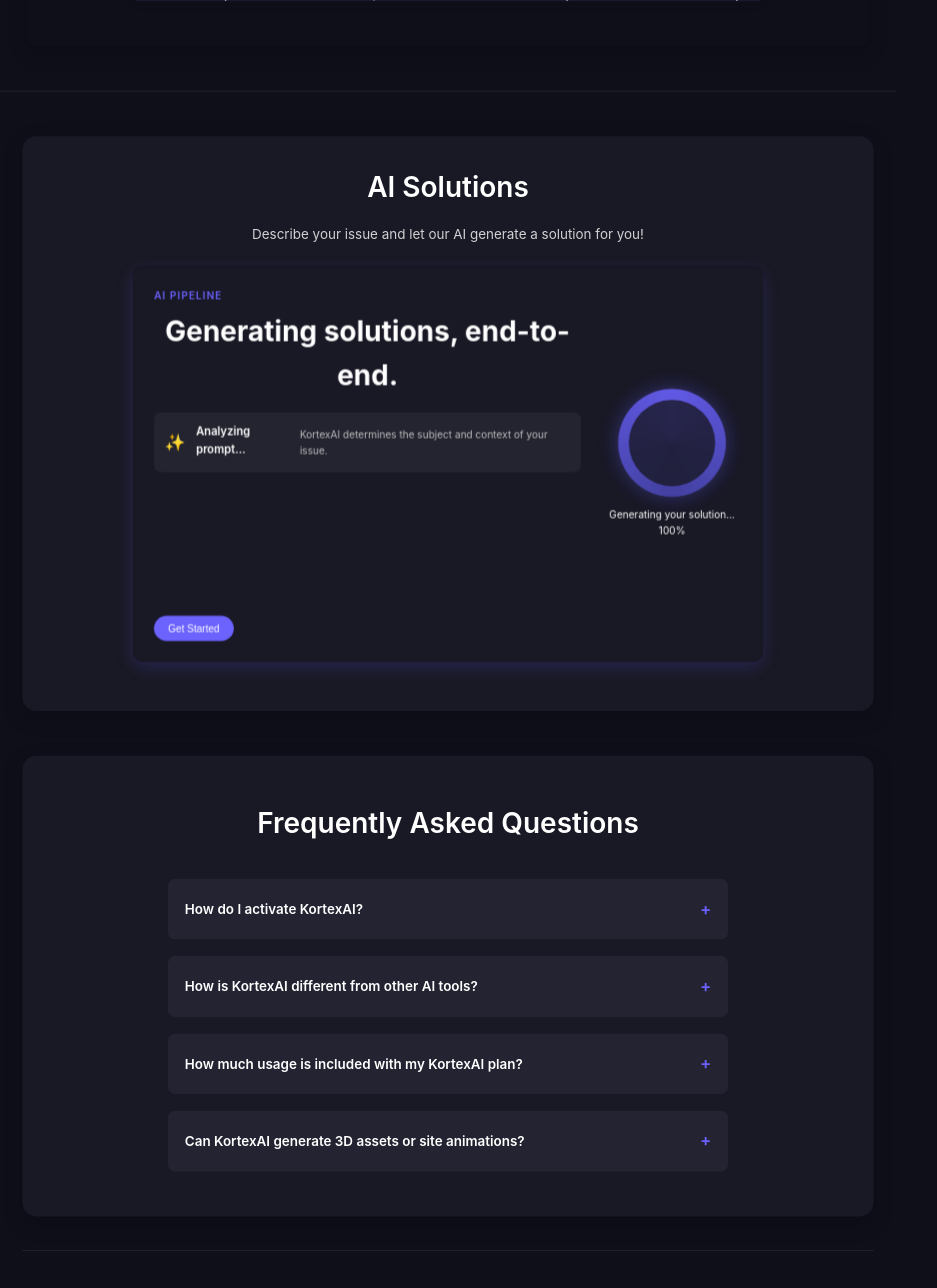
Repository: Rayyy-dev/Kortex-AI
Page: /
These files come from the project's save history. The page is drawn as it stood at one moment and after the next save; the edit follows.
The browser window is 1280 px wide. The page is 1338 px wide, so the pictures cover 1338 px, including what lies to the right of the window. The pictures show the part of the page from y = 1274 to 3114 px (the page is 3569 px tall before and 3593 px after), at 70% of full size.
The project was rebuilt for these pictures with package versions that can differ from the ones it lists, and the page was loaded fresh each time.

Above is the page before, as saved 2024-10-15 21:25:24.

### src/App.js
import React, { useEffect, useRef, useState } from 'react';
import { LineChart, Line, XAxis, YAxis, Tooltip, ResponsiveContainer, CartesianGrid, AreaChart, Area, LabelList } from 'recharts';
import './App.css';

function FAQItem({ question, answer }) {
  const [isActive, setIsActive] = useState(false);

  return (
    <div className={`faq-item ${isActive ? 'active' : ''}`} onClick={() => setIsActive(!isActive)}>
      <h3>{question}<span className="faq-toggle">{isActive ? '-' : '+'}</span></h3>
      <div className="faq-answer">
        <p>{answer}</p>
      </div>
    </div>
  );
}

function App() {
  const [isModalOpen, setIsModalOpen] = useState(false);
  const backgroundRef = useRef(null);
  const mainSectionRef = useRef(null);
  const parallaxRef = useRef(null);
  const [activeStep, setActiveStep] = useState(0);
  const [generatingProgress, setGeneratingProgress] = useState(0);
  const [showBackToTop, setShowBackToTop] = useState(false);
  const aiPipelineRef = useRef(null);
  const [menuOpen, setMenuOpen] = useState(false);

  const toggleMenu = () => {
    setMenuOpen(!menuOpen);
  };

  useEffect(() => {
    const background = backgroundRef.current;
    if (!background) return;

    const createParticle = () => {
      const particle = document.createElement('div');
      particle.classList.add('particle');
      particle.style.left = `${Math.random() * 100}%`;
      particle.style.top = `${Math.random() * 100}%`;
      particle.style.animationDuration = `${Math.random() * 10 + 5}s`;
      background.appendChild(particle);

      setTimeout(() => {
        particle.remove();
      }, 15000);
    };

    // Create initial particles
    for (let i = 0; i < 30; i++) {
      createParticle();
    }

    const particleInterval = setInterval(createParticle, 500);

    return () => {
      clearInterval(particleInterval);
    };
  }, []);

  useEffect(() => {
    const handleScroll = () => {
      setShowBackToTop(window.scrollY > 300);
    };

    window.addEventListener('scroll', handleScroll);
    return () => window.removeEventListener('scroll', handleScroll);
  }, []);

  useEffect(() => {
    const interval = setInterval(() => {
      setGeneratingProgress((prevProgress) => {
        if (prevProgress >= 100) {
          clearInterval(interval);
          return 100;
        }
        return prevProgress + 1;
      });
    }, 50);

    return () => clearInterval(interval);
  }, []);

  useEffect(() => {
    const options = {
      root: null,
      rootMargin: '0px',
      threshold: 0.5,
    };

    const observer = new IntersectionObserver((entries) => {
      entries.forEach((entry) => {
        if (entry.isIntersecting) {
          setActiveStep(0);
          const interval = setInterval(() => {
            setActiveStep((prevStep) => {
              if (prevStep >= 2) {
                clearInterval(interval);
                return 2;
              }
              return prevStep + 1;
            });
          }, 2000);

          return () => clearInterval(interval);
        }
      });
    }, options);

    if (aiPipelineRef.current) {
      observer.observe(aiPipelineRef.current);
    }

    return () => {
      if (aiPipelineRef.current) {
        observer.unobserve(aiPipelineRef.current);
      }
    };
  }, []);

  useEffect(() => {
    const observer = new IntersectionObserver((entries) => {
      entries.forEach((entry) => {
        if (entry.isIntersecting) {
          entry.target.classList.add('visible');
        }
      });
    }, { threshold: 0.1 });

    document.querySelectorAll('.fade-in').forEach((el) => observer.observe(el));

    return () => observer.disconnect();
  }, []);

  const performanceData = [
    { name: 'Accuracy', value: 70 },
    { name: 'Speed', value: 85 },
    { name: 'Efficiency', value: 60 },
    { name: 'Reliability', value: 90 }
  ];

  const CustomTooltip = ({ active, payload, label }) => {
    if (active && payload && payload.length) {
      return (
        <div className="custom-tooltip">
          <p className="label">{`${label}: ${payload[0].value}%`}</p>
        </div>
      );
    }
    return null;
  };

  const openModal = () => {
    setIsModalOpen(true);
  };

  const closeModal = () => {
    setIsModalOpen(false);
  };

  const faqData = [
    {
      question: "How do I activate KortexAI?",
      answer: "To activate KortexAI, simply log into your account and navigate to the 'AI Systems' section. Click on the 'Activate' button next to KortexAI, and follow the on-screen instructions to set up and customize your AI experience."
    },
    {
      question: "How is KortexAI different from other AI tools?",
      answer: "KortexAI stands out with its advanced neural network architecture, real-time learning capabilities, and seamless integration across multiple platforms. Our AI offers unparalleled accuracy and efficiency in data analysis, natural language processing, and predictive modeling."
    },
    {
      question: "How much usage is included with my KortexAI plan?",
      answer: "Usage limits vary depending on your subscription tier. Our basic plan includes up to 100 hours of AI processing time per month, while our premium plans offer unlimited usage. Check your account dashboard for detailed information on your current plan and usage statistics."
    },
    {
      question: "Can KortexAI generate 3D assets or site animations?",
      answer: "Yes, KortexAI has advanced capabilities in generating 3D assets and creating dynamic site animations. Our AI can produce high-quality 3D models, textures, and animations based on text descriptions or 2D references. For web animations, KortexAI can generate custom CSS and JavaScript code to bring your site to life."
    }
  ];

  const scrollToTop = () => {
    window.scrollTo({
      top: 0,
      behavior: 'smooth'
    });
  };

  const scrollToSection = (sectionId) => {
    const section = document.querySelector(sectionId);
    if (section) {
      section.scrollIntoView({ behavior: 'smooth' });
    }
  };

  return (
    <div className="App">
      <header className="header">
        <div className="logo">KortexAI</div>
        <nav className={`nav ${menuOpen ? 'active' : ''}`}>
          <ul>
            {['home', 'ai-systems', 'modules', 'features', 'pricing', 'faq'].map((item) => (
              <li key={item}>
                <a href={`#${item}`} onClick={(e) => {
                  e.preventDefault();
                  scrollToSection(`#${item}`);
                  setMenuOpen(false);
                }}>
                  {item.charAt(0).toUpperCase() + item.slice(1).replace('-', ' ')}
                </a>
              </li>
            ))}
          </ul>
        </nav>
        <button className="create-account-btn">Create Account</button>
        <div className={`menu-toggle ${menuOpen ? 'active' : ''}`} onClick={toggleMenu}>
          <span></span>
          <span></span>
          <span></span>
        </div>
      </header>

      <section ref={mainSectionRef} className="main-section">
        <div className="content-container">
          <h1 className="main-title">AI-Powered Solutions for the Future</h1>
          <p className="main-subtitle">
            Empowering tomorrow with cutting-edge AI technology.
          </p>
          <div className="buttons">
            <button className="open-app-btn">Explore AI</button>
            <button className="discover-more-btn">Learn More</button>
          </div>
        </div>
      </section>

      <div className="partner-strip">
        <div className="partner-strip-content">
          <span>Vercel</span>
          <span>Loom</span>
          <span>Cash App</span>
          <span>Zapier</span>
          <span>Ramp</span>
          <span>Raycast</span>
          <span>OpenAI</span>
          <span>DeepMind</span>
          <span>IBM Watson</span>
          <span>Google AI</span>
          <span>Microsoft Azure</span>
          <span>Amazon AWS</span>
        </div>
      </div>

      <section className="performance-metrics">
        <h2>AI Performance Metrics</h2>
        <div className="graph-container">
          <ResponsiveContainer width="100%" height={400}>
            <AreaChart data={performanceData} margin={{ top: 20, right: 30, left: 20, bottom: 20 }}>
              <defs>
                <linearGradient id="colorValue" x1="0" y1="0" x2="0" y2="1">
                  <stop offset="5%" stopColor="#4a4af0" stopOpacity={0.8}/>
                  <stop offset="95%" stopColor="#4a4af0" stopOpacity={0}/>
                </linearGradient>
              </defs>
              <CartesianGrid strokeDasharray="3 3" stroke="#2a2a2a" />
              <XAxis dataKey="name" stroke="#ffffff" axisLine={false} tickLine={false} />
              <YAxis stroke="#ffffff" axisLine={false} tickLine={false} />
              <Tooltip content={<CustomTooltip />} />
              <Area
                type="monotone"
                dataKey="value"
                stroke="#4a4af0"
                fillOpacity={1}
                fill="url(#colorValue)"
                strokeWidth={3}
                dot={{ r: 6, fill: "#4a4af0", stroke: "#ffffff", strokeWidth: 2 }}
                activeDot={{ r: 8, fill: "#ffffff", stroke: "#4a4af0", strokeWidth: 2 }}
              >
                <LabelList dataKey="value" position="top" fill="#ffffff" />
              </Area>
            </AreaChart>
          </ResponsiveContainer>
        </div>
      </section>

      <footer className="footer-section">
        <div className="background-section" ref={backgroundRef}>
          <div className="background-content">
            <div className="ai-solution-box">
              <h2>AI Solutions</h2>
              <p>Describe your issue and let our AI generate a solution for you!</p>

              {/* New AI Pipeline Section */}
              <div className="ai-pipeline-section">
                <div className="ai-pipeline-content">
                  <div className="ai-pipeline-text">
                    <h3 className="ai-pipeline-subtitle">AI Pipeline</h3>
                    <h2 className="ai-pipeline-title">Generating solutions, end-to-end.</h2>
                    <div className="ai-pipeline-steps">
                      <div className={`ai-pipeline-step ${activeStep === 0 ? 'active' : ''}`}>
                        <span className="step-icon">✨</span>
                        <h4>Analyzing prompt...</h4>
                        <p>KortexAI determines the subject and context of your issue.</p>
                      </div>
                      <div className={`ai-pipeline-step ${activeStep === 1 ? 'active' : ''}`}>
                        <span className="step-icon">🔧</span>
                        <h4>Crafting solutions...</h4>
                        <p>Next, it generates tailored solutions based on the analysis.</p>
                      </div>
                      <div className={`ai-pipeline-step ${activeStep === 2 ? 'active' : ''}`}>
                        <span className="step-icon">🚀</span>
                        <h4>Review and implement!</h4>
                        <p>The solution is ready – your turn to put it into action.</p>
                      </div>
                    </div>
                    <div className="get-started-container">
                      <button className="get-started-btn">Get Started</button>
                    </div>
                  </div>
                  <div className="ai-pipeline-visual">
                    <div className="ai-orb">
                      <div className="ai-orb-inner"></div>
                    </div>
                    <p className="generating-text">Generating your solution... {generatingProgress}%</p>
                  </div>
                </div>
              </div>

              {/* Existing input and output areas */}
              <div className="input-group">
                <input type="text" placeholder="Enter your issue here..." />
                <button className="generate-btn">Generate Solution</button>
              </div>
              <div className="solution-output">
                <p>AI-generated solution will appear here...</p>
              </div>
            </div>

            {/* New FAQ Section */}
            <div className="faq-section">
              <h2 className="faq-title">Frequently Asked Questions</h2>
              <div className="faq-list">
                {faqData.map((item, index) => (
                  <FAQItem key={index} question={item.question} answer={item.answer} />
                ))}
              </div>
            </div>
          </div>
        </div>

        {/* New footer content */}
        <div className="footer-links">
          <div className="footer-column">
            <h3>Explore</h3>
            <ul>
              <li><a href="#">AI Systems</a></li>
              <li><a href="#">Modules</a></li>
              <li><a href="#">KortexAI Studio <span className="beta-tag">BETA</span></a></li>
              <li><a href="#">KortexAI API <span className="new-tag">NEW</span></a></li>
            </ul>
          </div>
          <div className="footer-column">
            <h3>Resources</h3>
            <ul>
              <li><a href="#">Documentation</a></li>
              <li><a href="#">Help Center</a></li>
              <li><a href="#">Pricing</a></li>
              <li><a href="#">Contact</a></li>
              <li><a href="#">KortexAI Community</a></li>
              <li><a href="#">Become a Partner</a></li>
              <li><a href="#">Research Collaborations</a></li>
            </ul>
          </div>
          <div className="footer-column">
            <h3>Company</h3>
            <ul>
              <li><a href="#">About Us</a></li>
              <li><a href="#">Careers</a></li>
              <li><a href="#">Terms of Service</a></li>
              <li><a href="#">Privacy Policy</a></li>
            </ul>
          </div>
        </div>
        <div className="footer-bottom">
          <p>KortexAI © 2024. All Rights Reserved</p>
          <div className="social-links">
            {/* Add social media links here */}
          </div>
          <div className="awards">
            <span className="award-text">AI Excellence Award 2023</span>
          </div>
        </div>
      </footer>

      {/* AI Solutions Modal */}
      {isModalOpen && (
        <div className="modal-overlay">
          <div className="modal-content">
            <div className="ai-solution-box">
              <h2>AI Solutions</h2>
              <p>Describe your issue and let our AI generate a solution for you!</p>
              <div className="input-group">
                <input type="text" placeholder="Enter your issue here..." />
                <button className="generate-btn">Generate Solution</button>
              </div>
              <div className="solution-output">
                <p>AI-generated solution will appear here...</p>
              </div>
            </div>
            <button className="close-modal-btn" onClick={closeModal}>
              Close
            </button>
          </div>
        </div>
      )}

      {showBackToTop && (
        <button className="back-to-top" onClick={scrollToTop}>
          ↑
        </button>
      )}
    </div>
  );
}

export default App;

Loaded but not shown: public/index.html (common file); src/index.js (common file); src/index.css (common file); src/reportWebVitals.js (common file); src/App.css (1416 lines, source omitted)

After the next save:
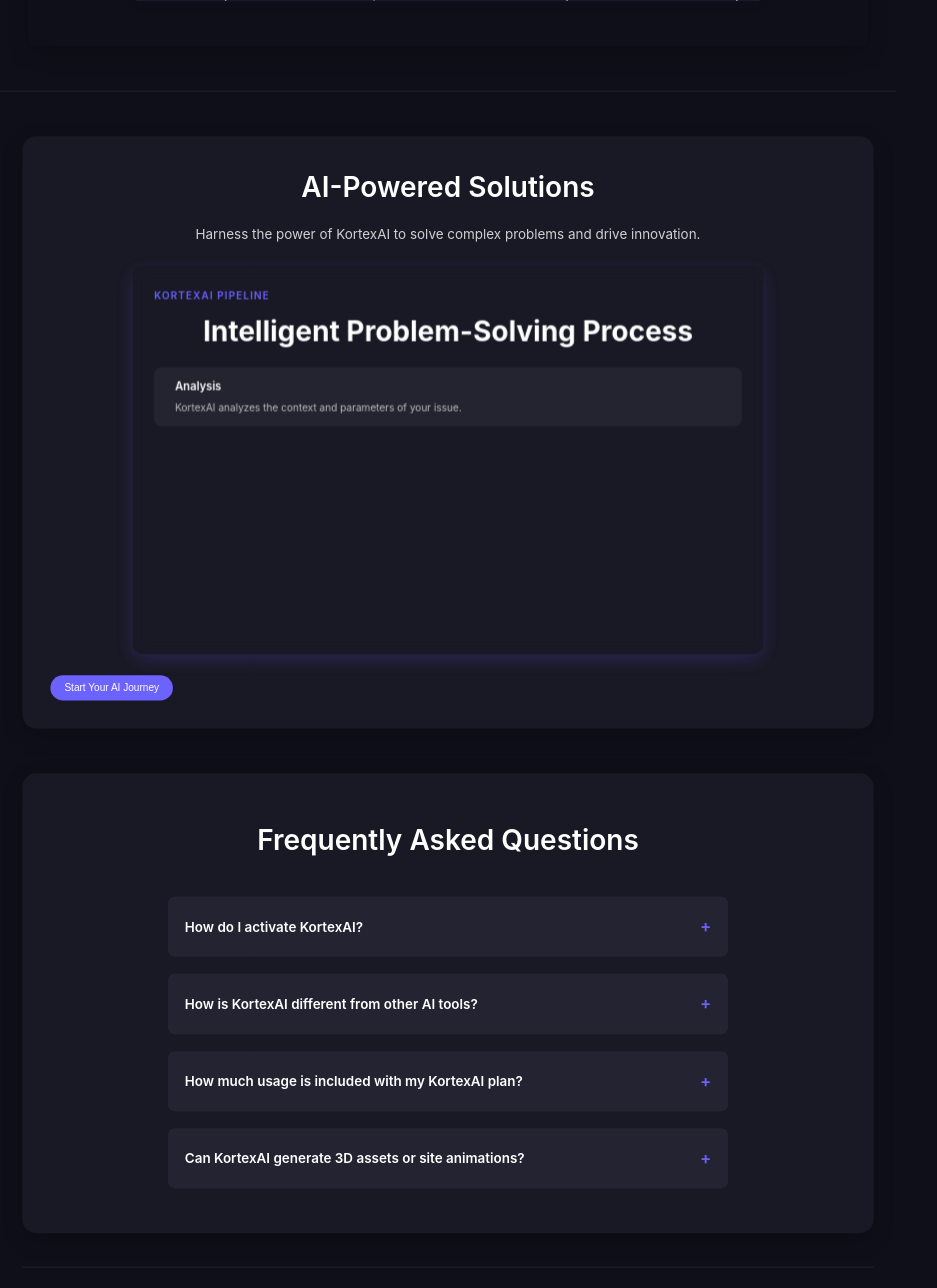
Saved 26 s later.
--- a/src/App.js
+++ b/src/App.js
@@ -285,56 +285,35 @@
         <div className="background-section" ref={backgroundRef}>
           <div className="background-content">
             <div className="ai-solution-box">
-              <h2>AI Solutions</h2>
-              <p>Describe your issue and let our AI generate a solution for you!</p>
-
-              {/* New AI Pipeline Section */}
+              <h2>AI-Powered Solutions</h2>
+              <p>Harness the power of KortexAI to solve complex problems and drive innovation.</p>
+
               <div className="ai-pipeline-section">
-                <div className="ai-pipeline-content">
-                  <div className="ai-pipeline-text">
-                    <h3 className="ai-pipeline-subtitle">AI Pipeline</h3>
-                    <h2 className="ai-pipeline-title">Generating solutions, end-to-end.</h2>
-                    <div className="ai-pipeline-steps">
-                      <div className={`ai-pipeline-step ${activeStep === 0 ? 'active' : ''}`}>
-                        <span className="step-icon">✨</span>
-                        <h4>Analyzing prompt...</h4>
-                        <p>KortexAI determines the subject and context of your issue.</p>
+                <h3 className="ai-pipeline-subtitle">KortexAI Pipeline</h3>
+                <h2 className="ai-pipeline-title">Intelligent Problem-Solving Process</h2>
+                <div className="ai-pipeline-steps">
+                  {[
+                    { icon: 'fa-solid fa-magnifying-glass', title: 'Analysis', description: 'KortexAI analyzes the context and parameters of your issue.' },
+                    { icon: 'fa-solid fa-lightbulb', title: 'Solution Generation', description: 'Our AI crafts tailored solutions based on comprehensive analysis.' },
+                    { icon: 'fa-solid fa-gears', title: 'Optimization', description: 'Solutions are refined and optimized for maximum efficiency.' },
+                    { icon: 'fa-solid fa-rocket', title: 'Implementation', description: 'Seamlessly integrate the AI-generated solution into your workflow.' }
+                  ].map((step, index) => (
+                    <div key={index} className={`ai-pipeline-step ${activeStep === index ? 'active' : ''}`}>
+                      <div className="step-icon-container">
+                        <i className={`${step.icon} step-icon`}></i>
                       </div>
-                      <div className={`ai-pipeline-step ${activeStep === 1 ? 'active' : ''}`}>
-                        <span className="step-icon">🔧</span>
-                        <h4>Crafting solutions...</h4>
-                        <p>Next, it generates tailored solutions based on the analysis.</p>
-                      </div>
-                      <div className={`ai-pipeline-step ${activeStep === 2 ? 'active' : ''}`}>
-                        <span className="step-icon">🚀</span>
-                        <h4>Review and implement!</h4>
-                        <p>The solution is ready – your turn to put it into action.</p>
+                      <div className="step-content">
+                        <h4>{step.title}</h4>
+                        <p>{step.description}</p>
                       </div>
                     </div>
-                    <div className="get-started-container">
-                      <button className="get-started-btn">Get Started</button>
-                    </div>
-                  </div>
-                  <div className="ai-pipeline-visual">
-                    <div className="ai-orb">
-                      <div className="ai-orb-inner"></div>
-                    </div>
-                    <p className="generating-text">Generating your solution... {generatingProgress}%</p>
-                  </div>
+                  ))}
                 </div>
               </div>
 
-              {/* Existing input and output areas */}
-              <div className="input-group">
-                <input type="text" placeholder="Enter your issue here..." />
-                <button className="generate-btn">Generate Solution</button>
-              </div>
-              <div className="solution-output">
-                <p>AI-generated solution will appear here...</p>
-              </div>
+              <button className="get-started-btn">Start Your AI Journey</button>
             </div>
 
-            {/* New FAQ Section */}
             <div className="faq-section">
               <h2 className="faq-title">Frequently Asked Questions</h2>
               <div className="faq-list">
@@ -346,7 +325,6 @@
           </div>
         </div>
 
-        {/* New footer content */}
         <div className="footer-links">
           <div className="footer-column">
             <h3>Explore</h3>
@@ -390,7 +368,6 @@
         </div>
       </footer>
 
-      {/* AI Solutions Modal */}
       {isModalOpen && (
         <div className="modal-overlay">
           <div className="modal-content">
